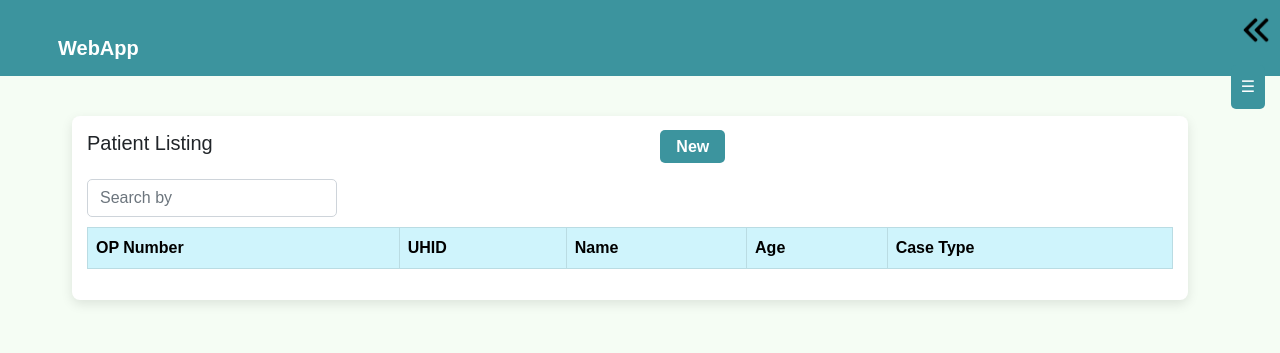
Repository: NAGENDRAN0/New
Page: http://localhost/outpatient
These files come from the project's save history. The page is drawn as it stood at one moment and after the next save; the edit follows.
The browser window is 1280 px wide. The pictures show the whole page.
The page is this project's Thymeleaf template; nobody is signed in. The template is opened directly, without the code that normally fills it, so the values that code supplies are empty.

Above is the page before, as saved 2025-05-15 10:51:39.

After the next save:
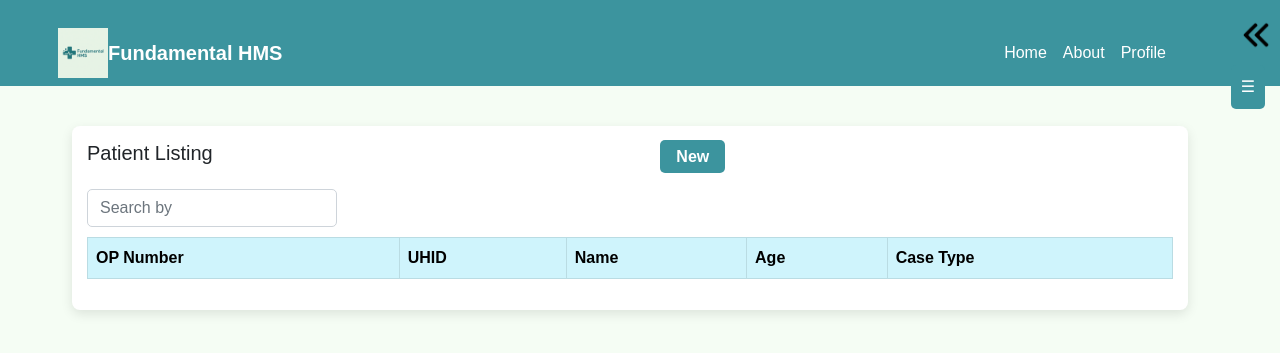
Saved 72 s later.
--- a/Documents/workspace-spring-tool-suite-4-4.25.0.RELEASE/HMS/src/main/resources/templates/outpatient.html
+++ b/Documents/workspace-spring-tool-suite-4-4.25.0.RELEASE/HMS/src/main/resources/templates/outpatient.html
@@ -99,13 +99,33 @@
 
 <!-- Navigation Bar -->
 <nav class="navbar navbar-expand-lg navbar-dark" style="background-color: #3C949E;">
-    <div class="container">
-        <a class="navbar-brand" href="/" style="color: white; font-weight: bold;">WebApp</a>
-    </div>
-	<div class="d-flex justify-content-end mb-3">
-		  <a href="/" class="btn btn-sm btn-custom"> <img src="/image/back.png" height="30" width="30"/> </a>
-		</div>
-</nav>
+			<div class="container d-flex align-items-center">
+				<img th:src=@{/image/Logo.png} class="logo" width="50" height="50"/>
+				<a class="navbar-brand d-flex align-items-center" th:href="@{/}" style="color: white; font-weight: bold;">Fundamental HMS</a>
+				<button class="navbar-toggler" type="button" data-bs-toggle="collapse" data-bs-target="#navbarNav"
+					aria-controls="navbarNav" aria-expanded="false" aria-label="Toggle navigation">
+					<span class="navbar-toggler-icon"></span>
+				</button>
+				<div class="collapse navbar-collapse" id="navbarNav">
+					<ul class="navbar-nav ms-auto">
+						<li class="nav-item">
+							<a class="nav-link active" th:href="@{/}" style="color: white;">Home</a>
+						</li>
+						<li class="nav-item">
+							<a class="nav-link" th:href="@{/features}" style="color: white;">About</a>
+						</li>
+						<li class="nav-item">
+							<a class="nav-link" th:href="@{/contact}" style="color: white;">Profile</a>
+						</li>
+					</ul>
+				</div>
+			</div>
+			<div class="d-flex justify-content-end mb-3">
+					  <a href="/" class="btn btn-sm btn-custom"> <img src="/image/back.png" height="30" width="30"/> </a>
+					</div>
+		</nav>
+
+
 
 <!-- Sidebar -->
 <div class="sidebar" id="sidebar">
